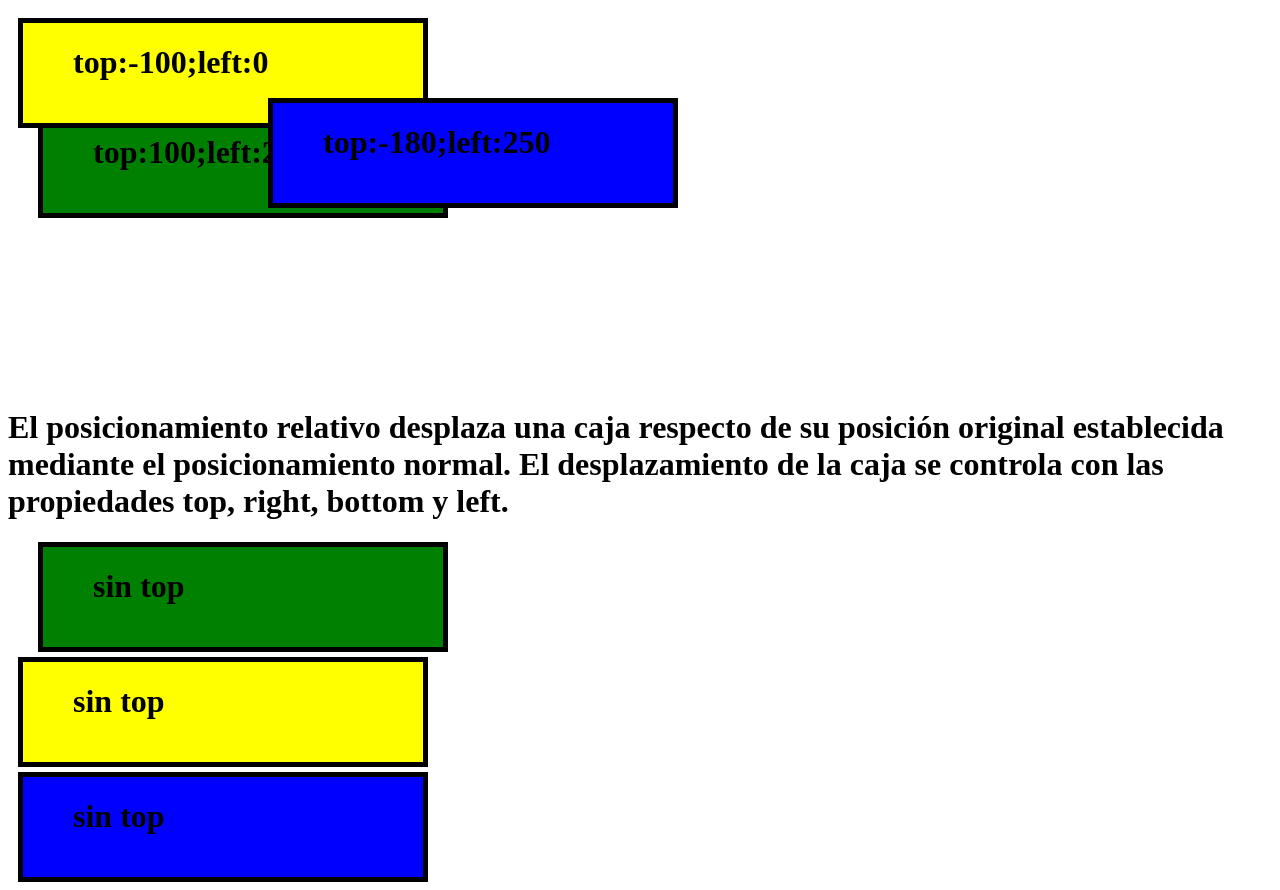
Repository: antonio63j/misNotas
Page: software/CSS/Demos/aptana_proyect/src/relativo.html
The author's editor kept a copy of each file at every save. The page is drawn from the files as they stood at one save, then again after the next save.
The browser window is 1280 px wide. The pictures show the whole page.

Above is the page before, as saved 2017-04-23 17:33:52.

After the next save:
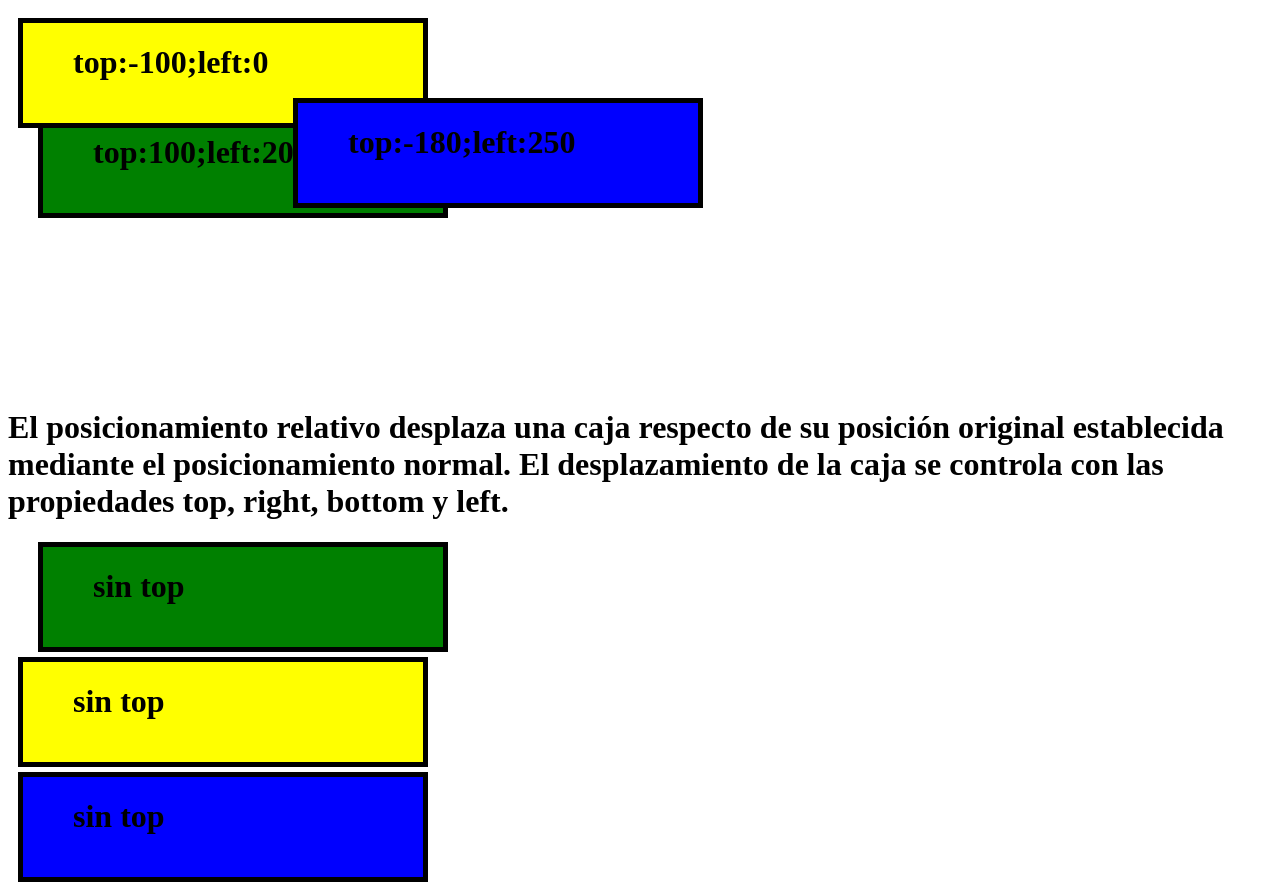
Saved 22 s later.
--- a/software/CSS/Demos/aptana_proyect/src/relativo.html
+++ b/software/CSS/Demos/aptana_proyect/src/relativo.html
@@ -36,7 +36,7 @@
   position:relative;
   top:-180px;
   width: 300px;
-  left:250px;
+  left:275px;
   height:100px;
   padding-left:  50px;
   padding-right: 50px;
